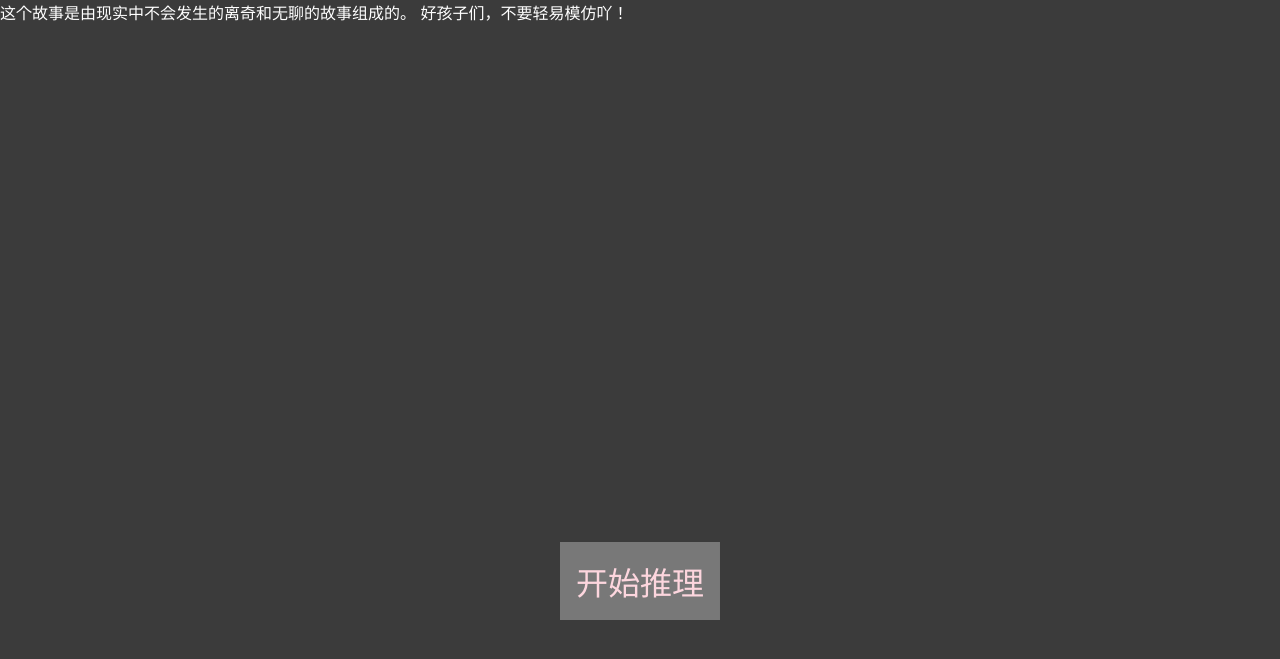
Repository: Jofali/reasoning-genius
Page: /
An editor plug-in stored every save of this project. The page is shown before and after the next save, followed by the edit.
The browser window is 1280 px wide. The pictures show the whole page.
The project was rebuilt for these pictures with package versions that can differ from the ones it lists, and the page was loaded fresh each time. Also part of the build but not shown: src/part1/part1.css, src/part1/part1.js, src/part2/part2.css, src/part2/part2.js, src/title/title.css, src/title/title.js, src/inventory/inventory.css, src/inventory/inventory.js and 2 more.

Above is the page before, as saved 2019-05-22 17:35:44.

### public/index.html
<!DOCTYPE html>
<html lang="en">
  <head>
    <meta charset="utf-8" />
    <link rel="shortcut icon" href="%PUBLIC_URL%/favicon.ico" />
    <meta name="viewport" content="width=device-width, initial-scale=1" />
    <meta name="theme-color" content="#000000" />
    <!--
      manifest.json provides metadata used when your web app is installed on a
      user's mobile device or desktop. See https://developers.google.com/web/fundamentals/web-app-manifest/
    -->
    <link rel="manifest" href="%PUBLIC_URL%/manifest.json" />
    <!--
      Notice the use of %PUBLIC_URL% in the tags above.
      It will be replaced with the URL of the `public` folder during the build.
      Only files inside the `public` folder can be referenced from the HTML.

      Unlike "/favicon.ico" or "favicon.ico", "%PUBLIC_URL%/favicon.ico" will
      work correctly both with client-side routing and a non-root public URL.
      Learn how to configure a non-root public URL by running `npm run build`.
    -->
    <title>Reasoning Genius</title>
  </head>
  <body>
    <noscript>You need to enable JavaScript to run this app.</noscript>
    <div id="root"></div>
    <!--
      This HTML file is a template.
      If you open it directly in the browser, you will see an empty page.

      You can add webfonts, meta tags, or analytics to this file.
      The build step will place the bundled scripts into the <body> tag.

      To begin the development, run `npm start` or `yarn start`.
      To create a production bundle, use `npm run build` or `yarn build`.
    -->
  </body>
</html>

### src/index.css
body {
  margin: 0;
  font-family: -apple-system, BlinkMacSystemFont, "Segoe UI", "Roboto", "Oxygen",
    "Ubuntu", "Cantarell", "Fira Sans", "Droid Sans", "Helvetica Neue",
    sans-serif;
  -webkit-font-smoothing: antialiased;
  -moz-osx-font-smoothing: grayscale;
}

code {
  font-family: source-code-pro, Menlo, Monaco, Consolas, "Courier New",
    monospace;
}

#root {
  height: 100%;
}

*{
  padding: 0;
  margin: 0;
}

html,body {
  height: 100%;
}

.sw-enter {
  opacity: 0;
}
.sw-enter-active {
  opacity: 1;
  transform: translateX(0);
  transition: opacity 300ms, transform 300ms;
}
.sw-exit {
  opacity: 1;
}
.sw-exit-active {
  opacity: 0;
  transition: opacity 300ms, transform 300ms;
}

### src/App.js
import React, { Component } from 'react';
import { CSSTransition } from 'react-transition-group';

import Partwrap from './partwrap/partwrap';
import Begin from './begin/begin';

import './App.css';
import arrNext from './assets/arrnext.svg';

class App extends Component {
  constructor(props) {
    super(props);
    this.state = {
      content: <Begin />,
      arr: arrNext,
      arrStatus: "next",
      maxPartNum: 1,
      showPart: true
    };
    this.stepTo = this.stepTo.bind(this);
  }

  partNum = 0;
  timer = null;
  stepTo() {
    if(this.partNum === this.state.maxPartNum) {
      this.partNum = 0;
    } else {
      this.partNum += 1;
    }

    this.setshow(false);
    if(this.timer !== null) {
      clearTimeout(this.timer);
    }
    this.timer = setTimeout( () => {
      switch(this.partNum)
      {
        case 0:
          this.setState({ content: <Begin /> })
          this.setState({ arrStatus: "next" });
          break;
        case 1:
          this.setState({ content: <Partwrap /> })
          this.setState({ arrStatus: "prev" })
          break;
        default:
          this.setState({ content: <Begin /> })
      }
      this.setshow(true);
    }, 300);

  }

  setshow(bool) {
    this.setState({ showPart: bool })
  }

  componentDidMount() {

  }

  render() {
    return (
        <div className="App">
          <CSSTransition
              in={this.state.showPart}
              timeout={300}
              classNames="sw"
              unmountOnExit
            >
              { this.state.content }
          </CSSTransition>
          <button className="btn-begin" onClick={this.stepTo}>开始推理</button>
        </div>
    );
  }
}

export default App;

### src/begin/begin.js
import React from 'react';

import './begin.css';
function Title() {
  return (
      <div className="begin">
        <div className="begin-content-wrap">
          这个故事是由现实中不会发生的离奇和无聊的故事组成的。
          好孩子们，不要轻易模仿吖！
        </div>
      </div>
  );
}

export default Title;

### src/App.css
.App {
  width: 100%;
  height: 100%;
  background: rgb(253,214,222);
  position: relative;
}

.App img {
  width: 100%;
}

.btn-begin {
  position:absolute;
  bottom: 100px;
  left: 50%;
  background: #787878;
  border: none;
  padding: 1rem;
  font-size: 2rem;
  transform: translateX(-50%);
  color: rgb(253,214,222);
}

### src/begin/begin.css
.begin {
  width: 100%;
  height: 100%;
  background: rgb(59, 59, 59);
  color: #fff;
}

Loaded but not shown: src/index.js (common file); src/serviceWorker.js (common file)

After the next save:
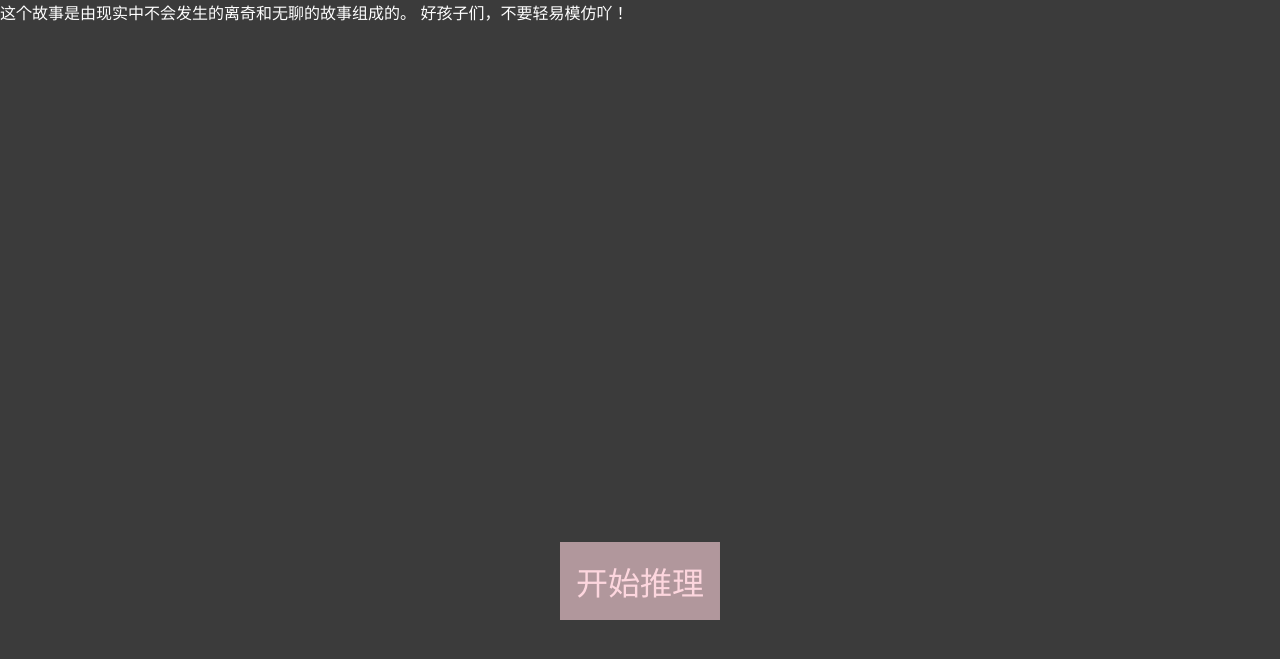
Saved 25 s later.
--- a/src/App.css
+++ b/src/App.css
@@ -13,7 +13,7 @@
   position:absolute;
   bottom: 100px;
   left: 50%;
-  background: #787878;
+  background: rgb(177, 151, 156);
   border: none;
   padding: 1rem;
   font-size: 2rem;
